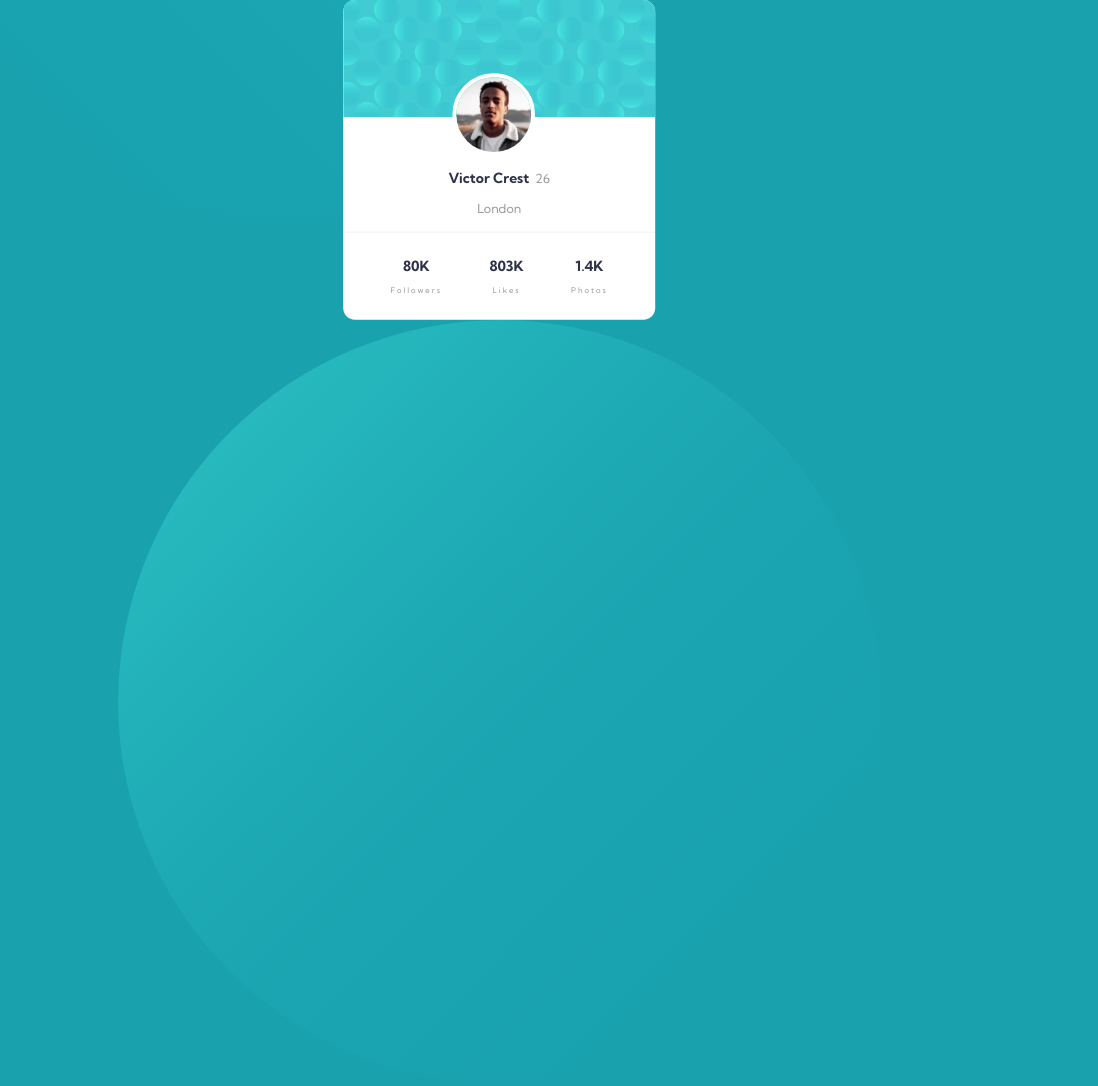
Repository: PratypartyY2K/frontendmentor-challenges
Page: profile-card-component-main/index.html
An editor plug-in stored every save of this project. The page is shown before and after the next save, followed by the edit.
The browser window is 1280 px wide. The page is 1280 px wide, then 1408 px, so the pictures cover 1408 px, including what lies to the right of the window. The pictures show the whole page, at 78% of full size.

Above is the page before, as saved 2021-07-15 14:23:31.

After the next save:
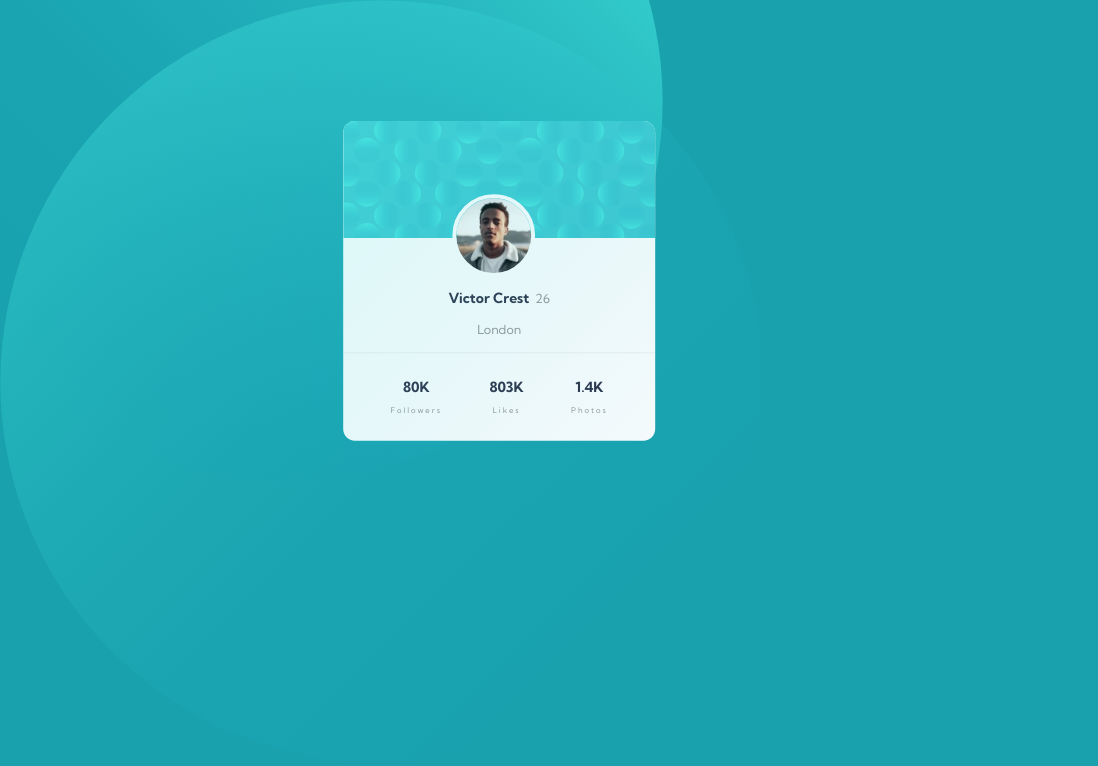
Saved 13 s later.
--- a/profile-card-component-main/style.css
+++ b/profile-card-component-main/style.css
@@ -103,7 +103,7 @@ h3 {
     right: 0;
     bottom: 0;
 }
-/*
+
 .bg-bottom-img {
     position: absolute;
     top: 0;
@@ -111,7 +111,7 @@ h3 {
     right: -10%;
     bottom: -10%;
 }
-*/
+
 
 
 
